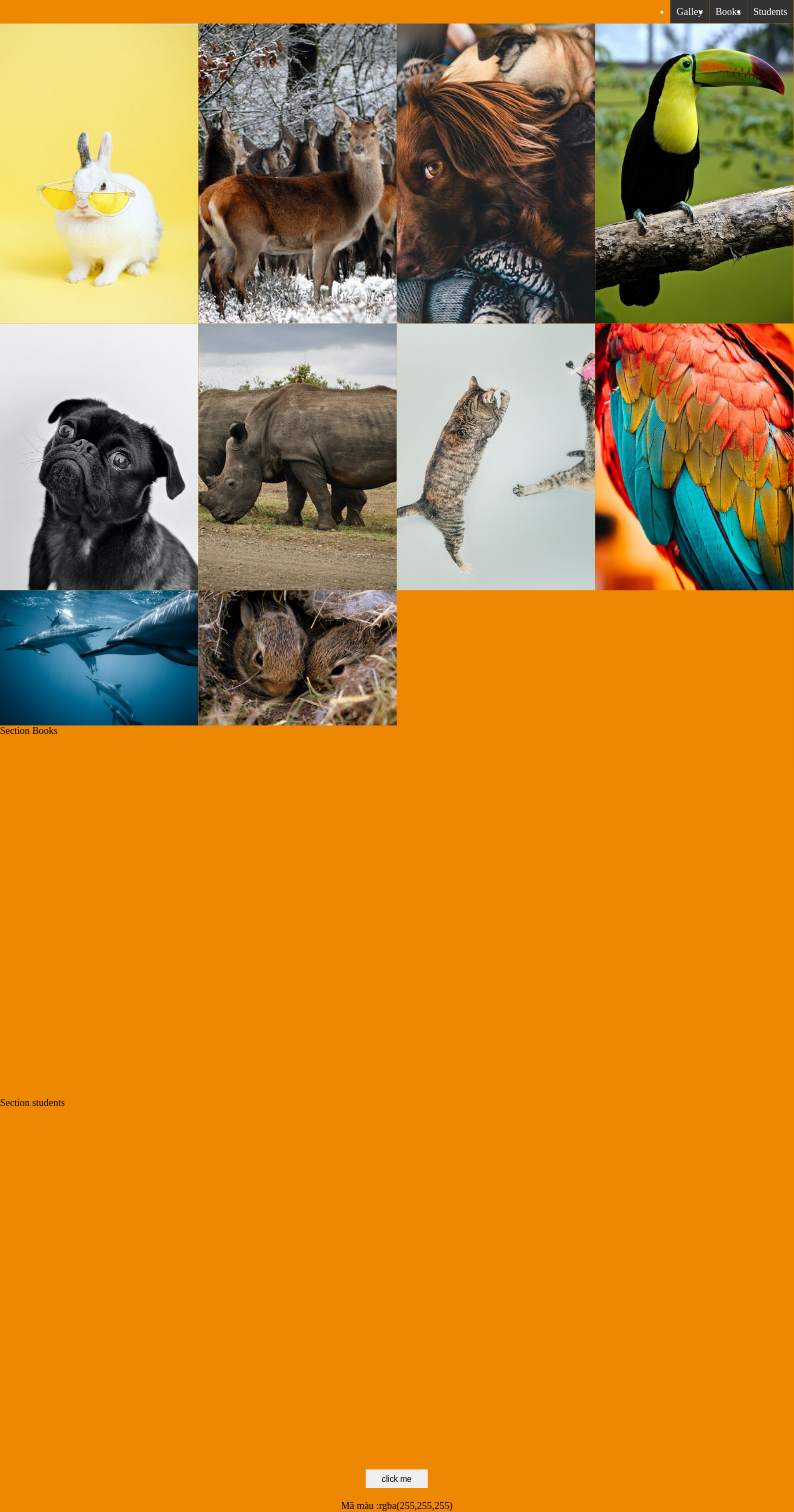
Repository: kuluong2000/homework-js-luongth
Page: homework-bai4/index.html
An editor plug-in stored every save of this project. The page is shown before and after the next save, followed by the edit.
The browser window is 1280 px wide. The pictures show the whole page, at 62% of full size.
After loading, the first visible `button.btn-color` was clicked once.

Above is the page before, as saved 2021-10-15 22:02:43.

After the next save:
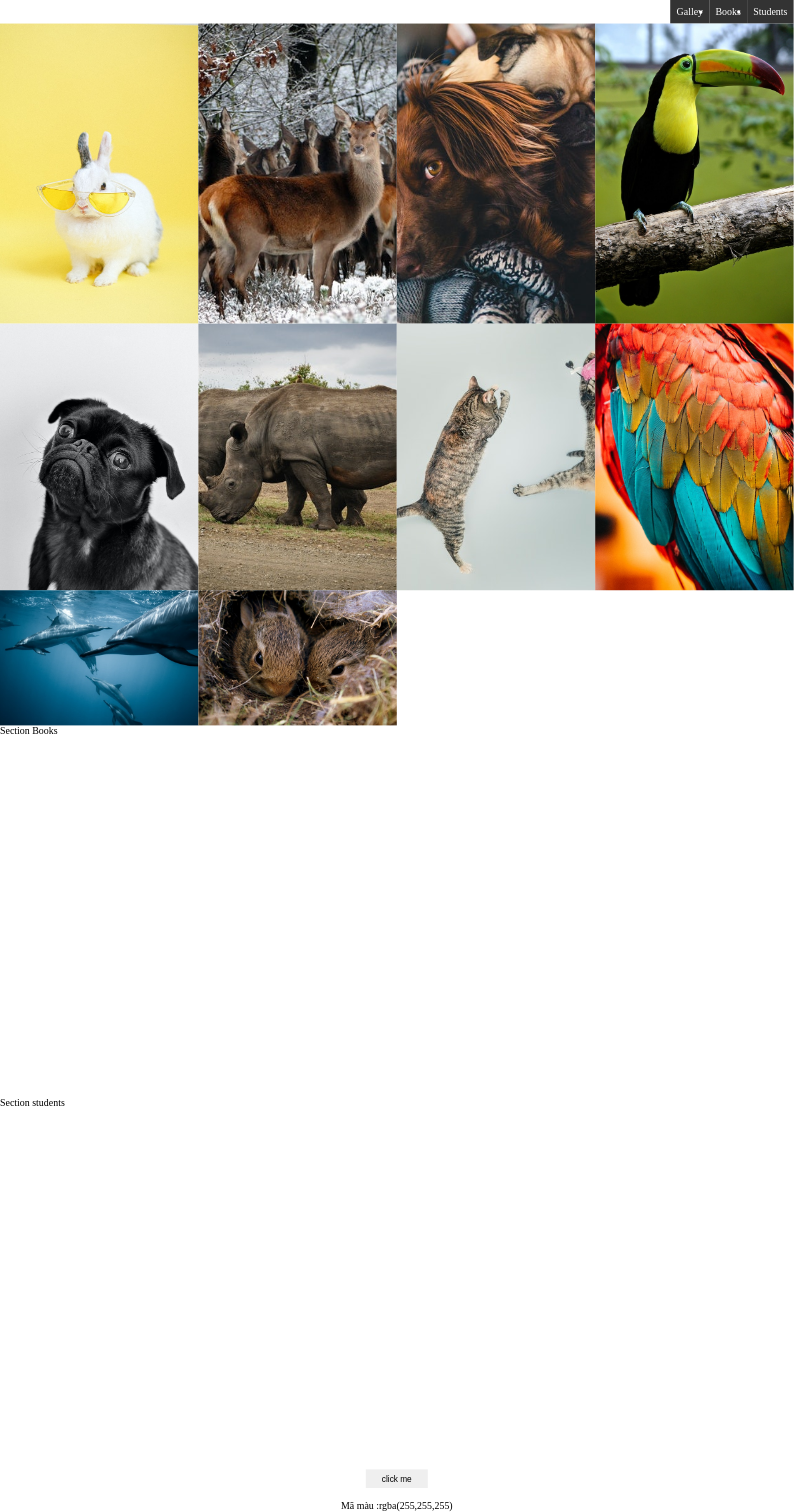
Saved 35 s later.
--- a/homework-bai4/app.js
+++ b/homework-bai4/app.js
@@ -65,5 +65,6 @@ let color = `rgba(${color1},${color2},${color3})`;
 let btn = document.querySelector(".btn-color");
 let body = document.body;
 btn.addEventListener("click", () => {
-  body.style.backgroundColor = color;
+  //   body.style.backgroundColor = color;
+  console.log(color);
 });
